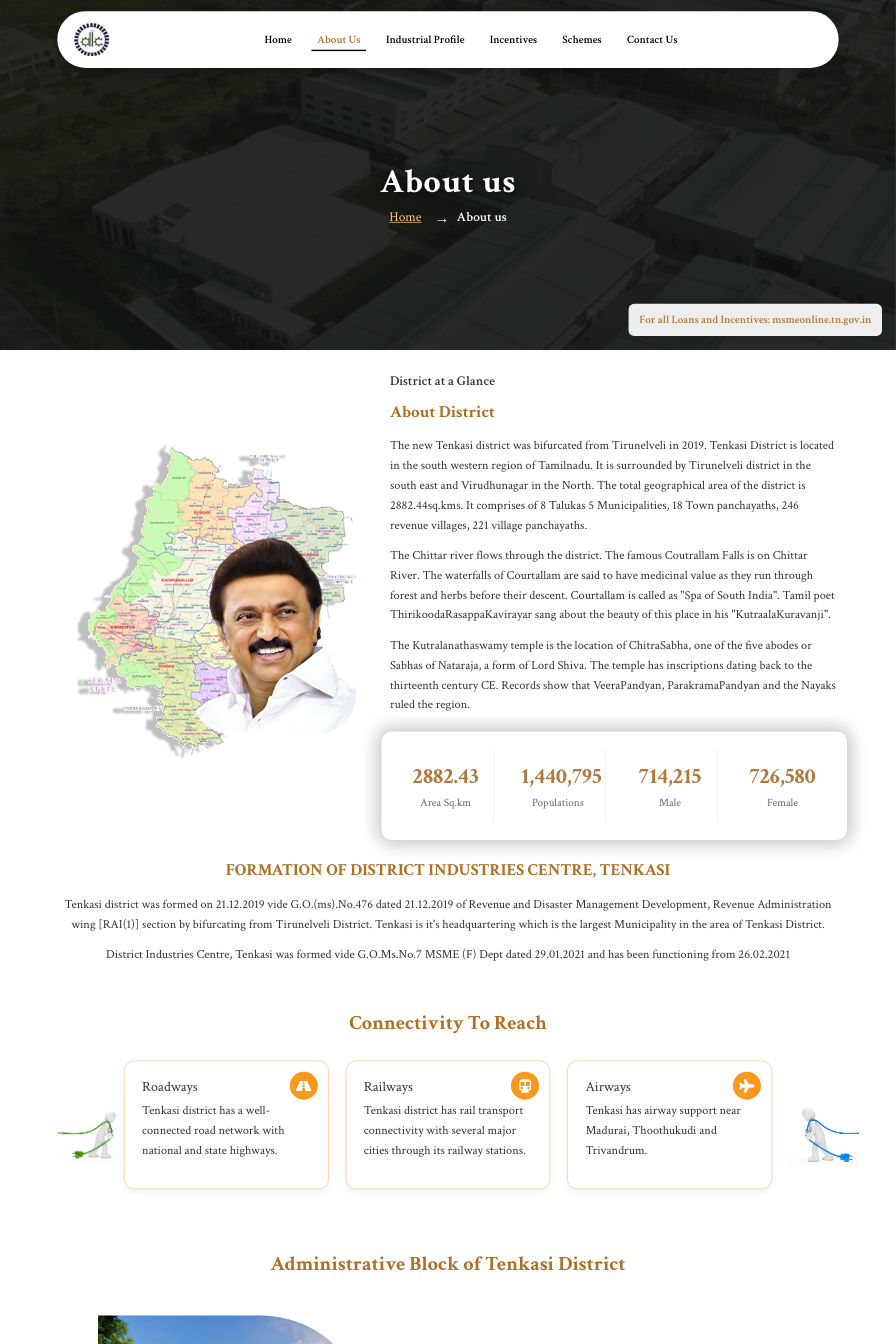
Repository: Brand-Mindz-Global-Technology-Pvt-Ltd/TenkasiDIC--FrontEnd
Page: About US/aboutus.html
The author's editor kept a copy of each file at every save. The page is drawn from the files as they stood at one save, then again after the next save.
The browser window is 1280 px wide. The pictures show the part of the page from y = 0 to 1920 px (the page is 2781 px tall before and 2748 px after), at 70% of full size.

Above is the page before, as saved 2025-07-09 11:32:23.

After the next save:
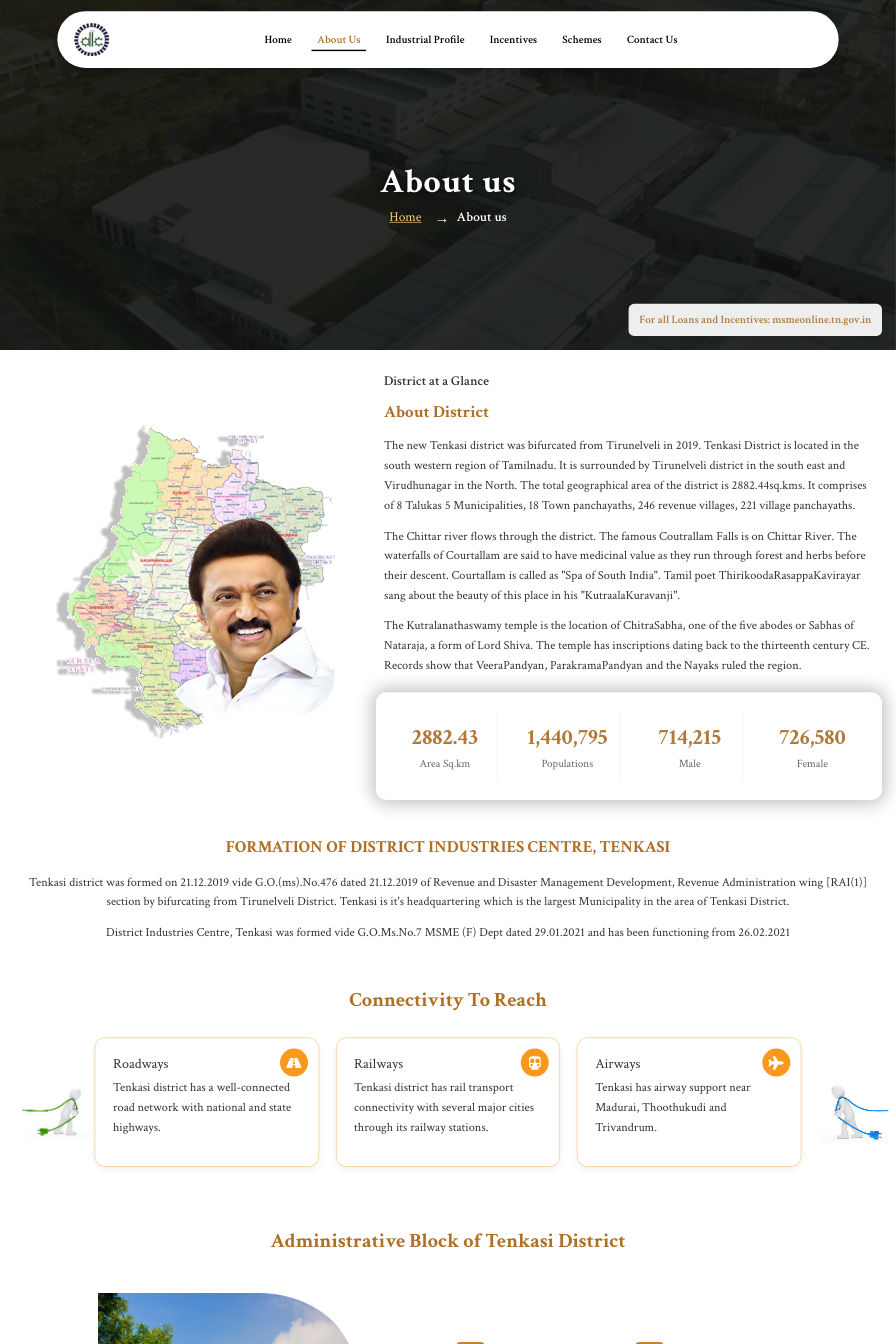
Saved 5 s later.
--- a/About US/aboutus.html
+++ b/About US/aboutus.html
@@ -61,9 +61,9 @@
       </div>
     </div>
   </div>
-<div class="container mt-4">
+  <div class="container-standard section">
   <!-- District Overview -->
-  <div class="row align-items-center">
+  <div class="row align-items-center mb-standard-xl">
     <div class="col-md-5 text-center mb-4">
       <img src="../img/tenkasimap.png" alt="Tenkasi Map" class="map-img">
     </div>
